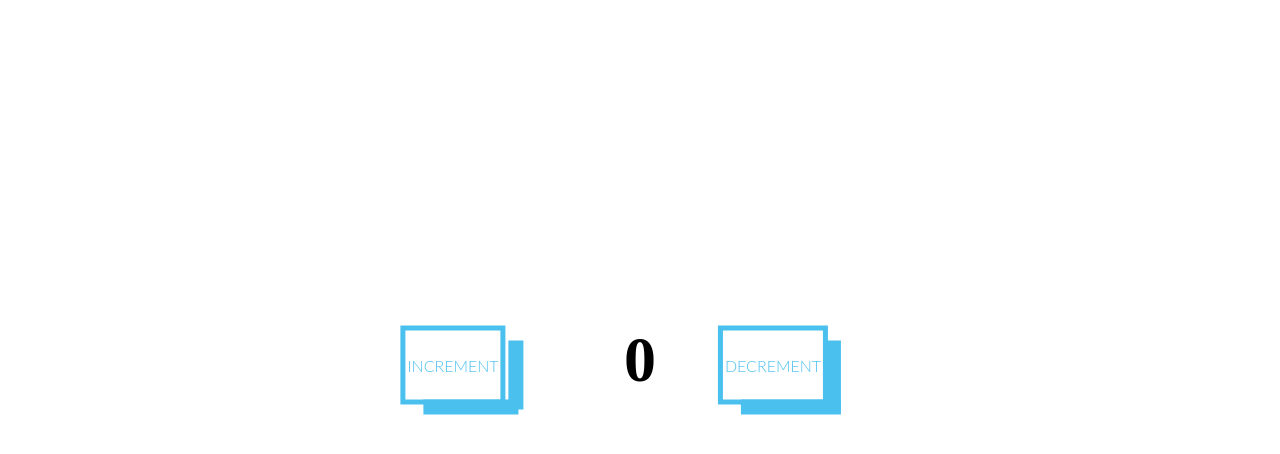
Repository: Ellisvelandia/react_introduction_test
Page: /
These files come from the project's save history. The page is drawn as it stood at one moment and after the next save; the edit follows.
The browser window is 1280 px wide. The pictures show the whole page.
The project was rebuilt for these pictures with package versions that can differ from the ones it lists, and the page was loaded fresh each time. Also part of the build but not shown: src/index.css.

Above is the page before, as saved 2022-08-15 20:12:16.

### src/App.js
import "./App.scss";
import React, { useState } from "react";

const App = () => {
  const [num, changeNum] = useState(0);

  const incrementNum = () => {
    changeNum(num + 2);
  };

  const decrementNum = () => {
    if (num - 1 < 0) {
      alert(`you can't decrease than 0`);
    } else {
      changeNum(num - 2);
    }
  };

  return (
    <>
      <div className="container">
        <h1>{num}</h1>
        <button className="button_I" onClick={incrementNum}>Increment</button>
        <button className="button_D" onClick={decrementNum}>Decrement</button>
      </div>
    </>
  );
};

export default App;

### src/App.scss
* {
  margin: 0;
  padding: 0;
  box-sizing: border-box;
}

body {
  width: 100%;
  height: 100vh;
  display: flex;
  justify-content: center;
  align-items: center;
  flex-direction: column;
}

.container {
  align-self: center;
}

h1 {
  text-align: center;
  font-size: 4rem;
}

button {
  font-size: 1rem;
  margin: 5px;
  font-family: "Lato", sans-serif;
  font-weight: 300;
}


.button_I {
  position: absolute;
  left: 35%;
  top: 50%;
  transform: translateX(-50%) translateY(-50%);

  background: #fff;
  max-width: 120px;
  padding: 25px 2px;

  border: 5px solid #4ac0ee;
  color: #4ac0ee;
  text-transform: uppercase;
  text-align: center;

  z-index: 2;
  transition: all 0.15s 0.15s ease-out;

  &:after,
  &:before {
    position: absolute;
    width: 100%;
    max-width: 100%;
    top: 100%;
    left: 0;
    bottom: -10px;
    content: "";
    z-index: 1;
    transition: all 0.15s 0.15s ease-out;
  }

  &:before {
    background: #4ac0ee;
    top: 10px;
    left: 103px;
    height: 100%;
    width: 15px;
  }

  &:after {
    width: 100%;
    background: #4ac0ee;
    right: 0px;
    left: 18px;
    height: 15px;
  }

  &:hover {
    background: #4ac0ee;
    color: #fff;
    margin-left: -7.5px;
    margin-bottom: -7.5px;

    &:after,
    &:before {
      top: 100%;
      left: 0;
      bottom: 0px;
    }

    &:before {
      top: 0px;
      left: 0px;
      width: 0px;
    }

    &:after {
      right: 0px;
      left: 0px;
      height: 0px;
    }
  }
}



.button_D {
  position: absolute;
  left: 60%;
  top: 50%;
  transform: translateX(-50%) translateY(-50%);

  background: #fff;
  max-width: 120px;
  padding: 25px 2px;

  border: 5px solid #4ac0ee;
  color: #4ac0ee;
  text-transform: uppercase;
  text-align: center;

  z-index: 2;
  transition: all 0.15s 0.15s ease-out;

  &:after,
  &:before {
    position: absolute;
    width: 100%;
    max-width: 100%;
    top: 100%;
    left: 0;
    bottom: -10px;
    content: "";
    z-index: 1;
    transition: all 0.15s 0.15s ease-out;
  }

  &:before {
    background: #4ac0ee;
    top: 10px;
    left: 103px;
    height: 100%;
    width: 15px;
  }

  &:after {
    width: 100%;
    background: #4ac0ee;
    right: 0px;
    left: 18px;
    height: 15px;
  }

  &:hover {
    background: #4ac0ee;
    color: #fff;
    margin-left: -7.5px;
    margin-bottom: -7.5px;

    &:after,
    &:before {
      top: 100%;
      left: 0;
      bottom: 0px;
    }

    &:before {
      top: 0px;
      left: 0px;
      width: 0px;
    }

    &:after {
      right: 0px;
      left: 0px;
      height: 0px;
    }
  }
}

Loaded but not shown: public/index.html (common file); src/index.js (common file); src/reportWebVitals.js (common file)

After the next save:
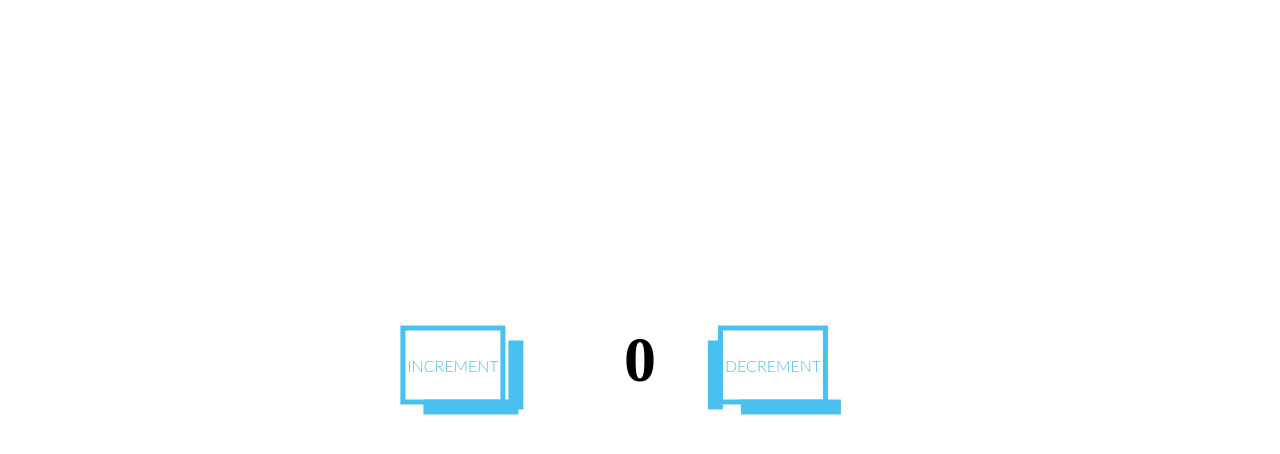
Saved 10 s later.
--- a/src/App.scss
+++ b/src/App.scss
@@ -140,7 +140,7 @@ button {
   &:before {
     background: #4ac0ee;
     top: 10px;
-    left: 103px;
+    left: -15px;
     height: 100%;
     width: 15px;
   }
